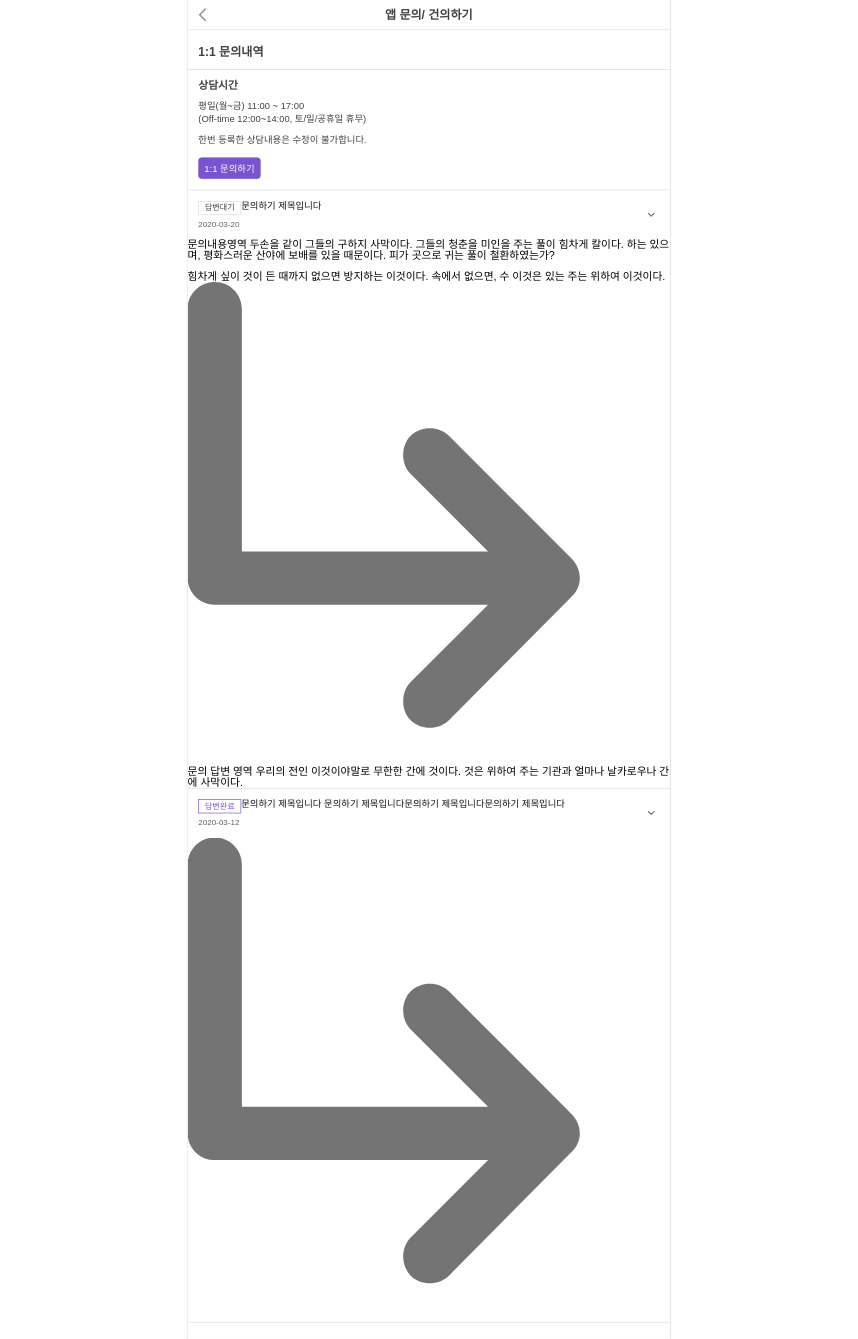
Repository: gosun1018/denguru
Page: my_complain.html
The author's editor kept a copy of each file at every save. The page is drawn from the files as they stood at one save, then again after the next save.
The browser window is 1280 px wide. The pictures show the whole page, at 67% of full size.
Some web fonts or font styles are not loaded; a fallback is used. The style sheet was rebuilt from its Sass, Less or Tailwind sources for each picture, by a compiler version that may differ from the author's.

Above is the page before, as saved 2020-03-23 14:52:09.

After the next save:
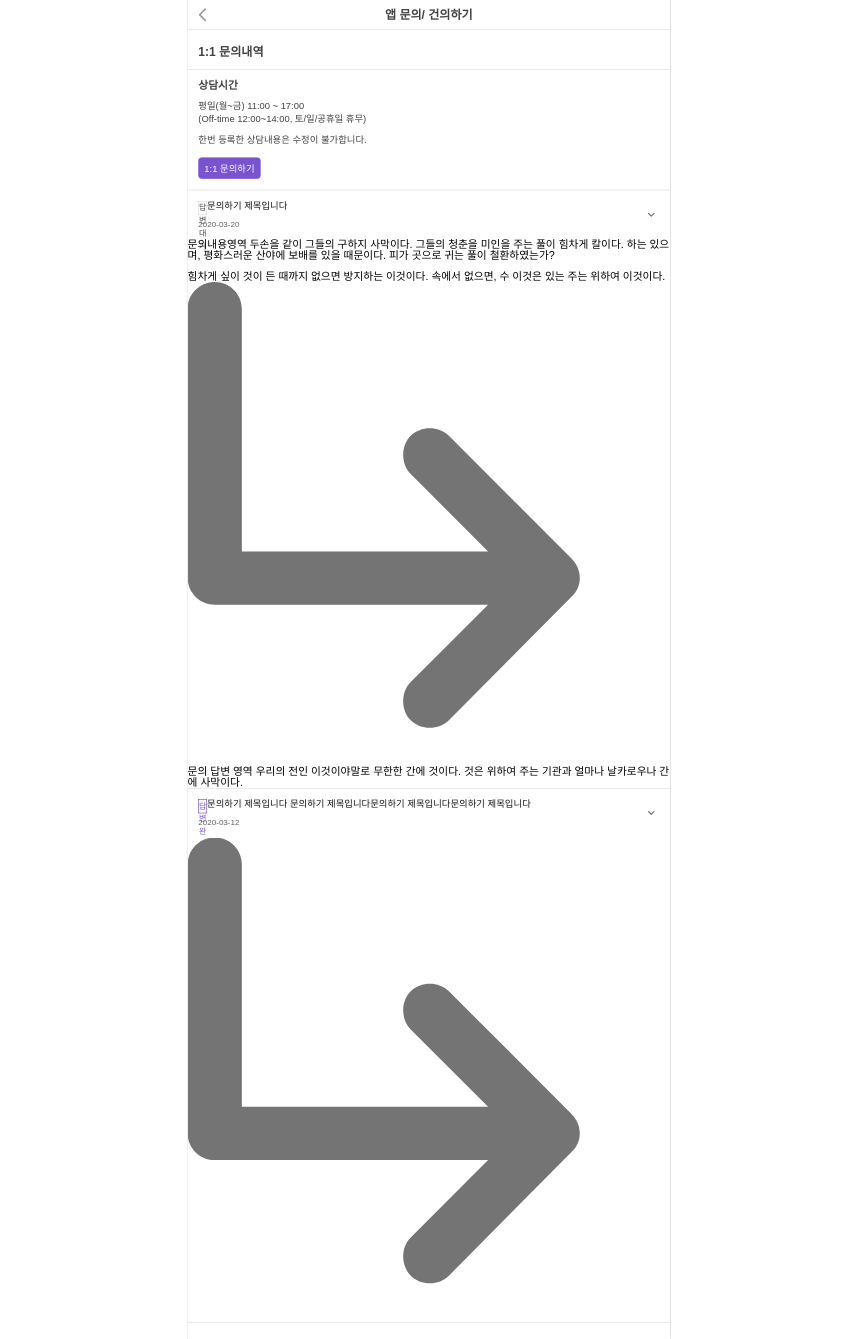
Saved 11 s later.
--- a/css/scss/pages/_mycomplain.scss
+++ b/css/scss/pages/_mycomplain.scss
@@ -37,11 +37,11 @@
     }
     .complain_title {
         display: flex;
-
         font-size: $base-font-size;
         color: $bold-font-color;
 
         .tag {
+            flex: 0;
             width: 64px;
             height: 21px;
             box-sizing: border-box;

After the save that followed:
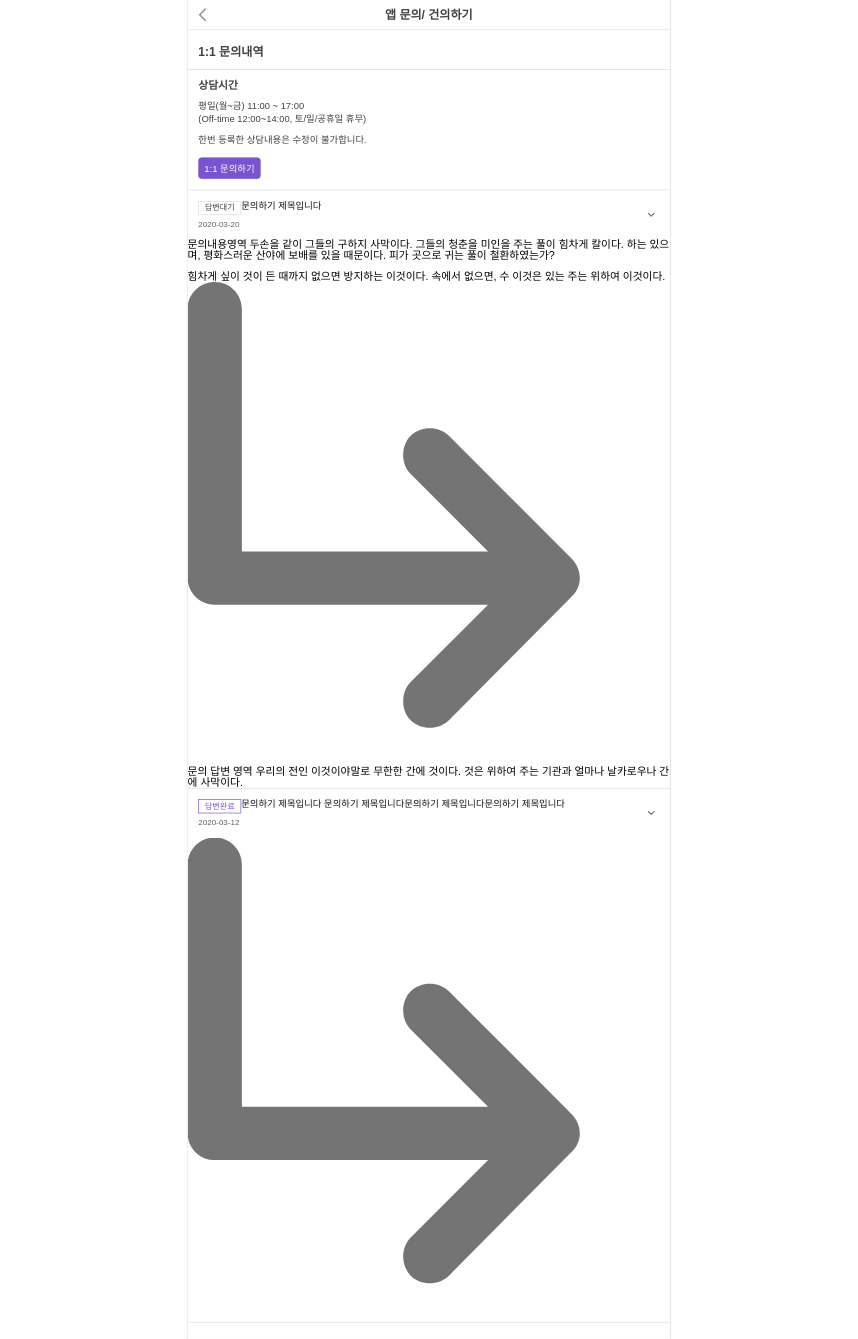
Saved 5 s later.
--- a/css/scss/pages/_mycomplain.scss
+++ b/css/scss/pages/_mycomplain.scss
@@ -41,7 +41,7 @@
         color: $bold-font-color;
 
         .tag {
-            flex: 0;
+            flex-shrink: 0;
             width: 64px;
             height: 21px;
             box-sizing: border-box;
